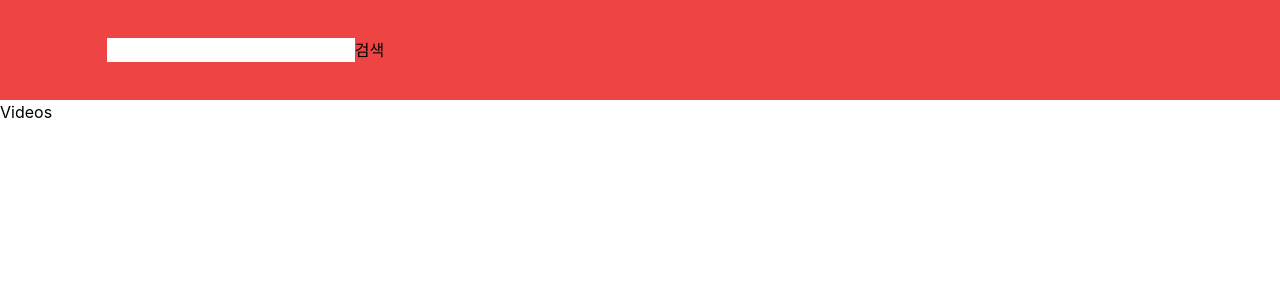
Repository: dnjfht/self-youtube2
Page: /
The author's editor kept a copy of each file at every save. The page is drawn from the files as they stood at one save, then again after the next save.
The browser window is 1280 px wide. The pictures show the whole page.
The project was rebuilt for these pictures with package versions that can differ from the ones it lists, and the page was loaded fresh each time. Also part of the build but not shown: src/pages/NotFoundPage.jsx, src/pages/Detail.jsx.

Above is the page before, as saved 2023-06-28 03:10:25.

### src/App.js
import { RouterProvider, createBrowserRouter } from "react-router-dom";
import Root from "./pages/Root";
import Videos from "./pages/Videos";
import NotFoundPage from "./pages/NotFoundPage";
import Detail from "./pages/Detail";

function App() {
  const router = createBrowserRouter([
    {
      path: "/",
      element: <Root />,
      children: [
        { index: true, element: <Videos /> },
        { path: "/videos", element: <Videos /> },
        { path: "/videos/:keyword", element: <Videos /> },
        { path: "/videos/watch/:videoId", element: <Detail /> },
        { path: "*", element: <NotFoundPage /> },
      ],
    },
  ]);
  return <RouterProvider router={router} />;
}

export default App;

### src/pages/Root.jsx
import React from "react";
import Navbar from "../components/Navbar";
import { Outlet } from "react-router-dom";

export default function Root() {
  return (
    <div>
      <Navbar />
      <Outlet />
    </div>
  );
}

### src/pages/Videos.jsx
import React from "react";

export default function Videos() {
  return <div>Videos</div>;
}

### src/components/Navbar.jsx
import React, { useEffect, useState } from "react";
import { useNavigate, useParams } from "react-router-dom";

export default function Navbar() {
  const [text, setText] = useState("");

  const navigate = useNavigate();
  const { keyword } = useParams();
  console.log(keyword);

  const handleTextChange = (e) => {
    setText(e.target.value);
  };

  const handleSearchKeyword = (e) => {
    e.preventDefault();

    navigate(`/videos/${text}`);
  };

  useEffect(() => {
    if (keyword) {
      setText(keyword);
    } else if (keyword === undefined) {
      setText("");
    }
  }, [keyword]);

  return (
    <div className="w-full h-[100px] bg-red-500">
      <div className="w-10/12 h-[100%] mx-auto flex items-center">
        {/*youtube logo*/}
        <div></div>
        <form onSubmit={handleSearchKeyword}>
          <input type="text" value={text} onChange={handleTextChange} />
          <button>검색</button>
        </form>
      </div>
    </div>
  );
}

Loaded but not shown: public/index.html (common file); src/index.js (common file); src/index.css (common file); src/reportWebVitals.js (common file); tailwind.config.js (common file)

After the next save:
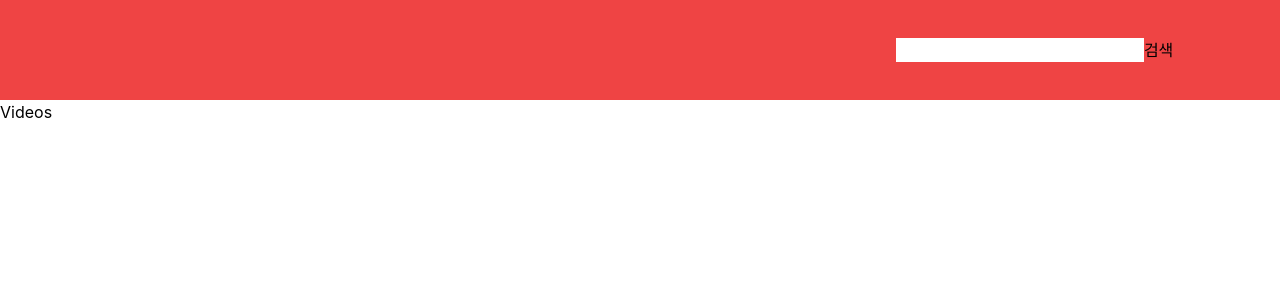
Saved 8 s later.
--- a/src/components/Navbar.jsx
+++ b/src/components/Navbar.jsx
@@ -28,7 +28,7 @@
 
   return (
     <div className="w-full h-[100px] bg-red-500">
-      <div className="w-10/12 h-[100%] mx-auto flex items-center">
+      <div className="w-10/12 h-[100%] mx-auto flex items-center justify-between">
         {/*youtube logo*/}
         <div></div>
         <form onSubmit={handleSearchKeyword}>
